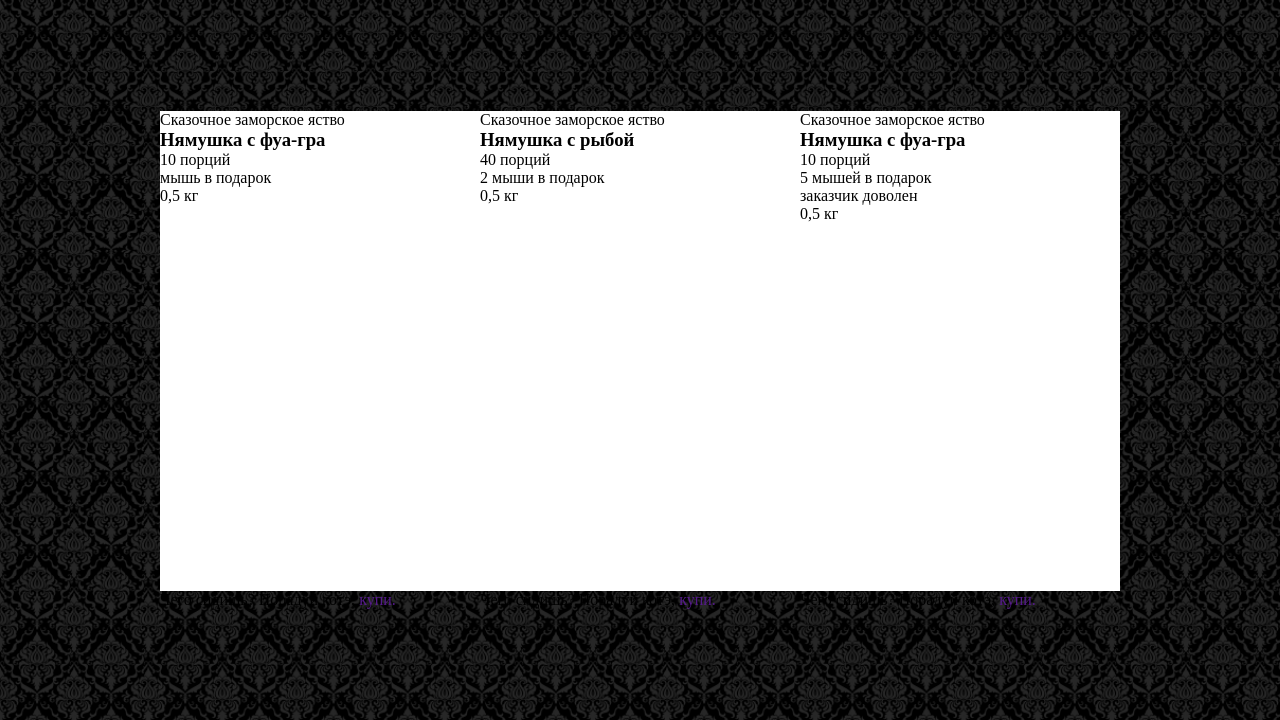
Repository: acbukka/tech-qt
Page: index.html
These files come from the project's save history. The page is drawn as it stood at one moment and after the next save; the edit follows.
The browser window is 1280 px wide. The pictures show the whole page.

Above is the page before, as saved 2022-06-17 15:10:23.

### index.html
<!DOCTYPE html>
<html lang="en">

<head>
  <meta charset="UTF-8">
  <meta http-equiv="X-UA-Compatible" content="IE=edge">
  <meta name="viewport" content="width=device-width, initial-scale=1.0">
  <title>Template</title>
  <link rel="stylesheet" href="./src/style.css">
</head>

<body class="body">

  <main class="main">
    <div class="container">
      <div class="cards-wrapper">

        <div class="card-inner">
          <div class="card-item">
            <p class="card-item__pre-title">
              Сказочное заморское яство
            </p>
            <h3 class="card-item__title">
              Нямушка
              <span class="card-item__title-span">
                с фуа-гра
              </span>
            </h3>
            <ul class="card-item__pref-list">
              <li class="card-item__pref">
                <span class="card-item__pref-span">10</span> порций
              </li>
              <li class="card-item__pref">
                <span class="card-item__pref-span"></span>мышь в подарок
              </li>
            </ul>
            <div class="card-item__price">0,5 кг</div>
          </div>
          <p class="card-inner__info">
            Чего сидишь? Порадуй котэ, <a href="" class="card-inner__info-link">купи.</a>
          </p>
        </div>

        <div class="card-inner">
          <div class="card-item">
            <p class="card-item__pre-title">
              Сказочное заморское яство
            </p>
            <h3 class="card-item__title">
              Нямушка
              <span class="card-item__title-span">
                с рыбой
              </span>
            </h3>
            <ul class="card-item__pref-list">
              <li class="card-item__pref">
                <span class="card-item__pref-span">40</span> порций
              </li>
              <li class="card-item__pref">
                <span class="card-item__pref-span">2</span> мыши в подарок
              </li>
            </ul>
            <div class="card-item__price">0,5 кг</div>
          </div>
          <p class="card-inner__info">
            Чего сидишь? Порадуй котэ, <a href="" class="card-inner__info-link">купи.</a>
          </p>
        </div>

        <div class="card-inner">
          <div class="card-item">
            <p class="card-item__pre-title">
              Сказочное заморское яство
            </p>
            <h3 class="card-item__title">
              Нямушка
              <span class="card-item__title-span">
                с фуа-гра
              </span>
            </h3>
            <ul class="card-item__pref-list">
              <li class="card-item__pref">
                <span class="card-item__pref-span">10</span> порций
              </li>
              <li class="card-item__pref">
                <span class="card-item__pref-span">5</span> мышей в подарок
              </li>
              <li class="card-item__pref">
                заказчик доволен
              </li>
            </ul>
            <div class="card-item__price">0,5 кг</div>
          </div>
          <p class="card-inner__info">
            Чего сидишь? Порадуй котэ, <a href="" class="card-inner__info-link">купи.</a>
          </p>
        </div>

      </div>
    </div>
  </main>

</body>

</html>

### src/style.css
html {
  -webkit-box-sizing: border-box;
  box-sizing: border-box;
  scroll-behavior: smooth;
}

*,
*::after,
*::before {
  -webkit-box-sizing: inherit;
  box-sizing: inherit;
  -webkit-tap-highlight-color: transparent;
}

ul[class],
ol[class] {
  padding: 0;
}

body,
h1,
h2,
h3,
h4,
h5,
h6,
p,
ul[class],
ol[class],
li,
figure,
figcaption,
blockquote,
dl,
dd {
  margin: 0;
}

ul[class] {
  list-style: none;
}

img {
  max-width: 100%;
  display: block;
}

input,
button,
textarea,
select {
  font: inherit;
}

a {
  text-decoration: none;
}

.body {
  background-image: url(../assets/Pattern.jpg);
  background-repeat: no-repeat;
  background-size: cover;
}

.main {
  height: 100vh;
  display: flex;
  align-items: center;
}

.container {
  margin-top: 50%;
  max-width: 1280px;
  padding: 0 80px;
  margin: 0 auto;
}

.cards-wrapper {
  max-width: 1120px;
  display: flex;
  justify-content: space-between;
}

.card-item {
  width: 320px;
  height: 480px;
  background-color: #fff;

}

After the next save:
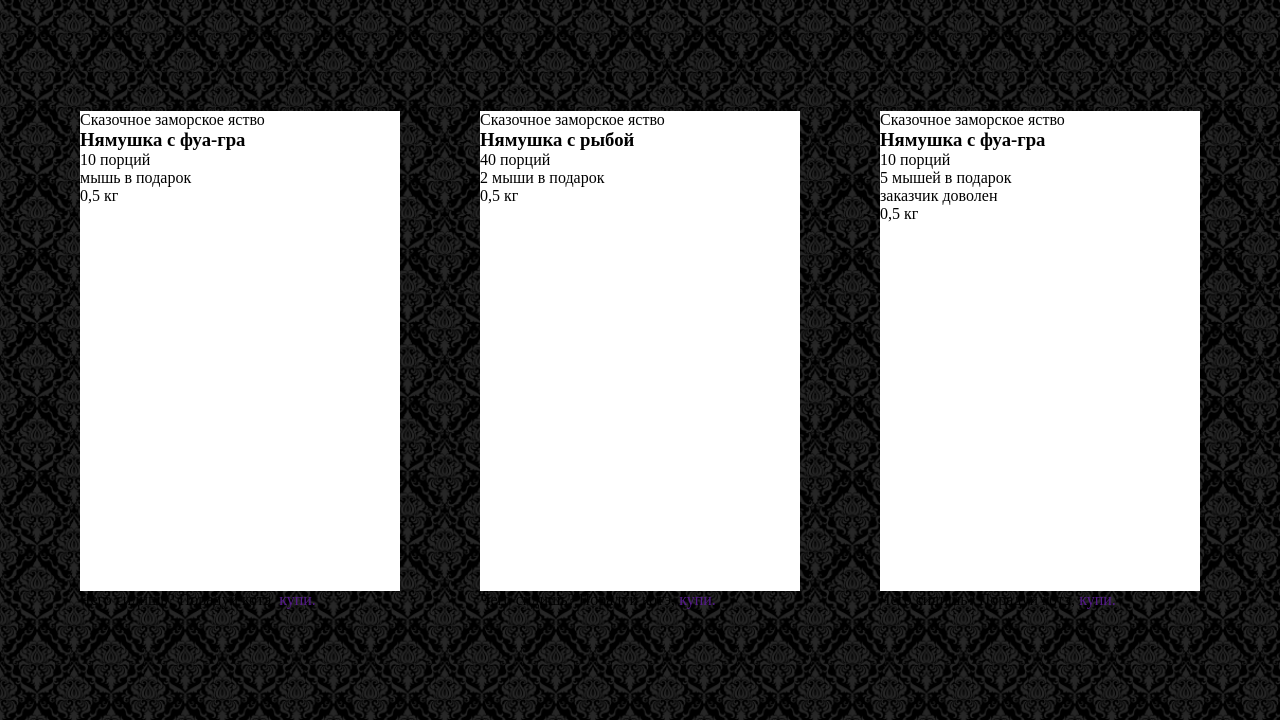
Saved 11 s later.
--- a/src/style.css
+++ b/src/style.css
@@ -76,7 +76,7 @@
 }
 
 .cards-wrapper {
-  max-width: 1120px;
+  width: 1120px;
   display: flex;
   justify-content: space-between;
 }

After the save that followed:
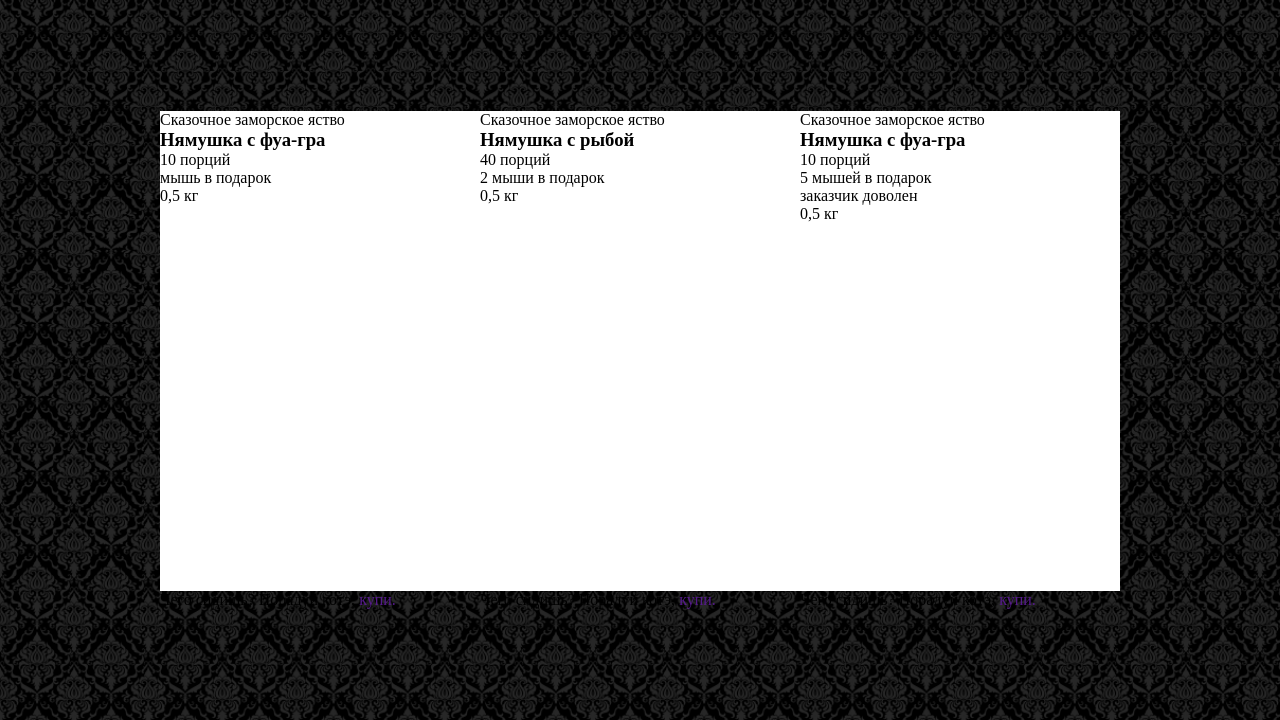
Saved 7 s later.
--- a/src/style.css
+++ b/src/style.css
@@ -76,7 +76,7 @@
 }
 
 .cards-wrapper {
-  width: 1120px;
+  max-width: 1120px;
   display: flex;
   justify-content: space-between;
 }
